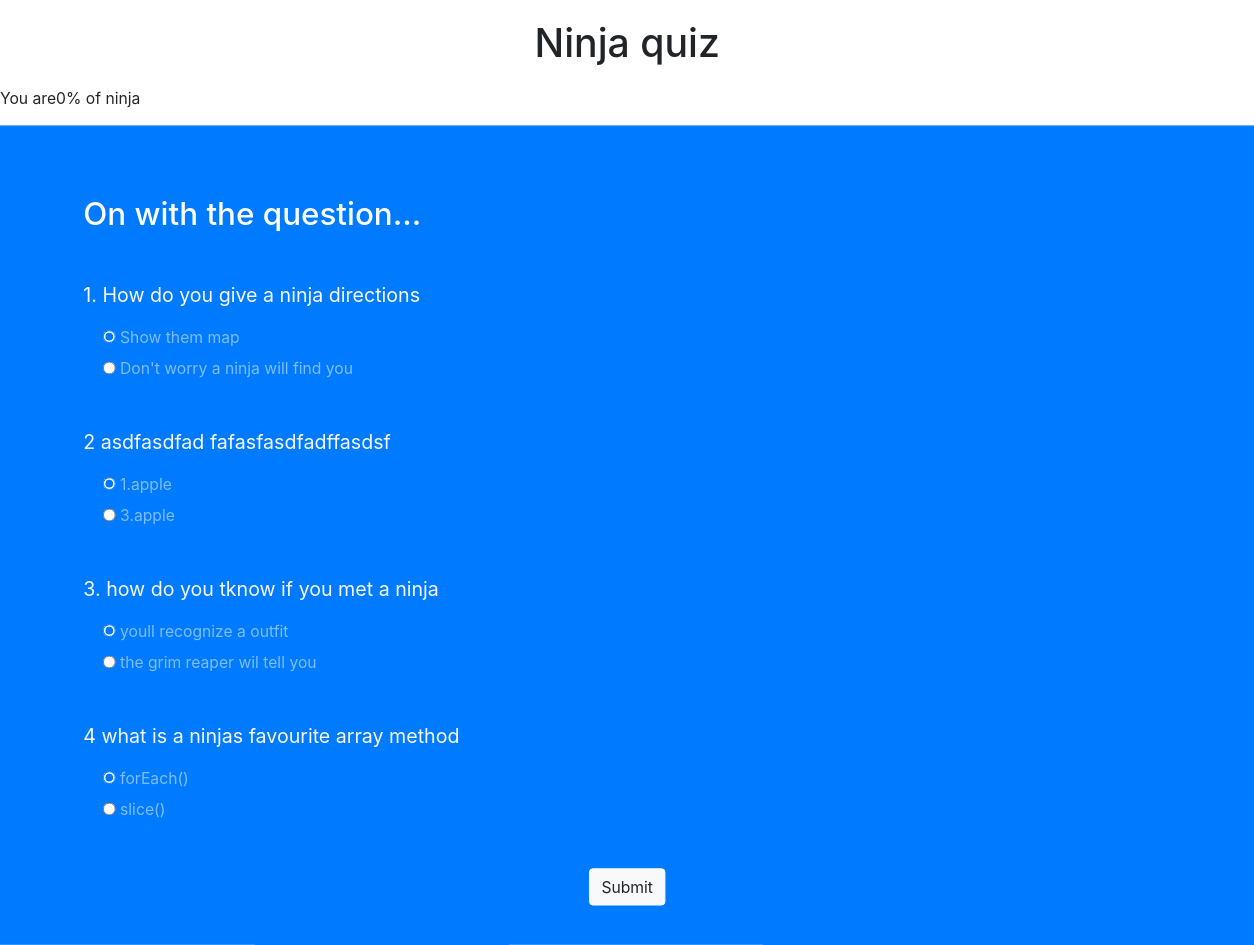
Repository: ajgors/config
Page: Nauka Js/Projekty/Quiz/index.html
An editor plug-in stored every save of this project. The page is shown before and after the next save, followed by the edit.
The browser window is 1280 px wide. The pictures show the whole page, at 98% of full size.

Above is the page before, as saved 2019-08-11 18:12:58.

### Nauka Js/Projekty/Quiz/index.html
<!DOCTYPE html>
<html lang="en">

<head>
    <meta charset="UTF-8">
    <meta name="viewport" content="width=device-width, initial-scale=1.0">
    <meta http-equiv="X-UA-Compatible" content="ie=edge">
    <title>Document</title>
    <link rel="stylesheet" href="https://stackpath.bootstrapcdn.com/bootstrap/4.3.1/css/bootstrap.min.css"
        integrity="sha384-ggOyR0iXCbMQv3Xipma34MD+dH/1fQ784/j6cY/iJTQUOhcWr7x9JvoRxT2MZw1T" crossorigin="anonymous">
        <link rel="stylesheet" href="css.css">
</head>

<body>
    <!-- Header -->
    <!-- <div class="intro py-3 bg-white text-center">
        <div class="container">
            <h2 class="text-primary display-3 my-4">Ninja Quiz</h2>
        </div>
    </div> -->

    <header class="header">
        <h1 class="header__title">Ninja quiz</h1>
    </header>

    <!-- Result -->
    <!-- <div class="result py-4 d-none bg-light text-center">
        <div class="container lead">
            <p>You are <span class="text-primary display-4 p-3">0%</span>Ninja</p>
        </div>
    </div> -->

    <div class="result">
        <p>You are<span>0%</span> of ninja</p>
    </div>

    <!-- Form -->
    <div class="quiz py-4 bg-primary">
        <div class="container">
            <h2 class="my-5 text-white">On with the question...</h2>
            <form action="" class="quiz-form text-light">
                <div class="my-5">
                    <p class="lead font-weight-normal">1. How do you give a ninja directions</p>
                    <div class="form-check my-2 text-white-50">
                        <input type="radio" name='q1' value='A' checked>
                        <label for="" class="form-check-label">Show them map</label>
                    </div>
                    <div class="form-check my-2 text-white-50">
                        <input type="radio" name='q1' value='B'>
                        <label for="" class="form-check-label">Don't worry a ninja will find you</label>
                    </div>
                </div>
                <div class="my-5">
                    <p class="lead font-weight-normal">2 asdfasdfad fafasfasdfadffasdsf</p>
                    <div class="form-check my-2 text-white-50">
                        <input type="radio" name='q2' value='A' checked>
                        <label for="" class="form-check-label">1.apple</label>
                    </div>
                    <div class="form-check my-2 text-white-50">
                        <input type="radio" name='q2' value='B'>
                        <label for="" class="form-check-label">3.apple</label>
                    </div>
                </div>
                <div class="my-5">
                    <p class="lead font-weight-normal">3. how do you tknow if you met a ninja</p>
                    <div class="form-check my-2 text-white-50">
                        <input type="radio" name='q3' value='A' checked>
                        <label for="" class="form-check-label">youll recognize a outfit</label>
                    </div>
                    <div class="form-check my-2 text-white-50">
                        <input type="radio" name='q3' value='B'>
                        <label for="" class="form-check-label">the grim reaper wil tell you</label>
                    </div>
                </div>
                <div class="my-5">
                    <p class="lead font-weight-normal">4 what is a ninjas favourite array method</p>
                    <div class="form-check my-2 text-white-50">
                        <input type="radio" name='q4' value='A' checked>
                        <label for="" class="form-check-label">forEach()</label>
                    </div>
                    <div class="form-check my-2 text-white-50">
                        <input type="radio" name='q4' value='B'>
                        <label for="" class="form-check-label">slice()</label>
                    </div>
                </div>
                <div class="text-center">
                    <input type="submit" class='btn btn-light'>
                </div>
            </form>
        </div>


        <div class="xd">
            <p class="xd"></p>
        </div>
    </div>

    <script src="js.js"></script>
</body>

</html>

### Nauka Js/Projekty/Quiz/css.css
.header__title{
    text-align: center;
    margin: 20px
}

### Nauka Js/Projekty/Quiz/js.js




const form = document.querySelector('.quiz-form');
const result = document.querySelector('.result');
const correctAnswers = ['B','B','B','B'];
const spanResult = document.querySelector('span');

form.addEventListener('submit', e=>{
    e.preventDefault();

    //check answer
    let score = 0;
    const userAnswers = [form.q1.value, form.q2.value, form.q3.value, form.q4.value];

    userAnswers.forEach((answer, index) =>{
        if(answer === correctAnswers[index]){
            score += 25;
        }
    });

    scrollTo(0,0)
    result.classList.remove('d-none');
    // spanResult.textContent = `${score}%`

    let output = 0;
    const timer = setInterval(()=>{
        spanResult.textContent = `${output}%`
        if(output === score){
            clearInterval(timer);
        } else {
            output++;
        }
    })


})

After the next save:
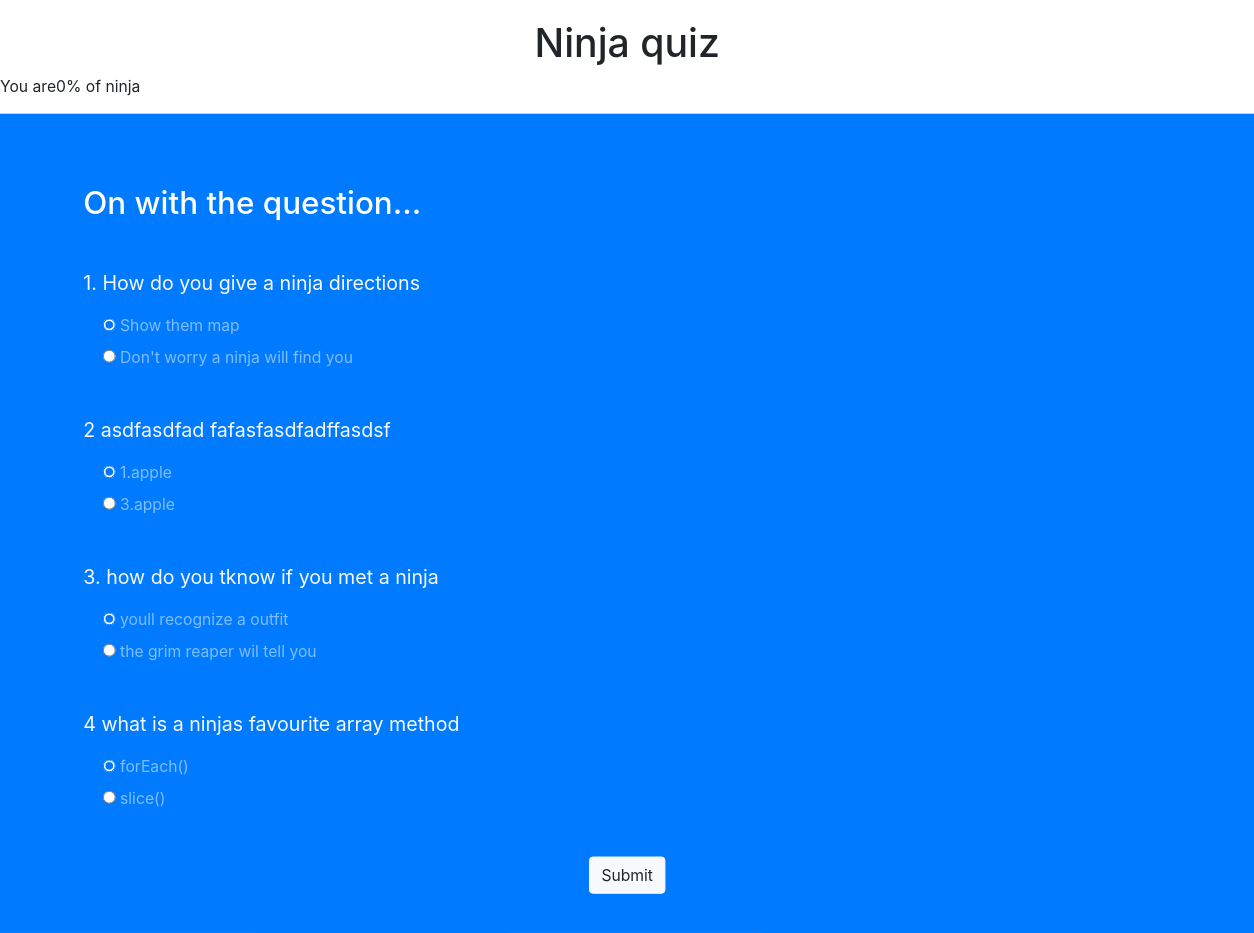
Saved 7 s later.
--- a/Nauka Js/Projekty/Quiz/css.css
+++ b/Nauka Js/Projekty/Quiz/css.css
@@ -1,4 +1,4 @@
 .header__title{
     text-align: center;
-    margin: 20px
+    margin-top:  20px
 }
